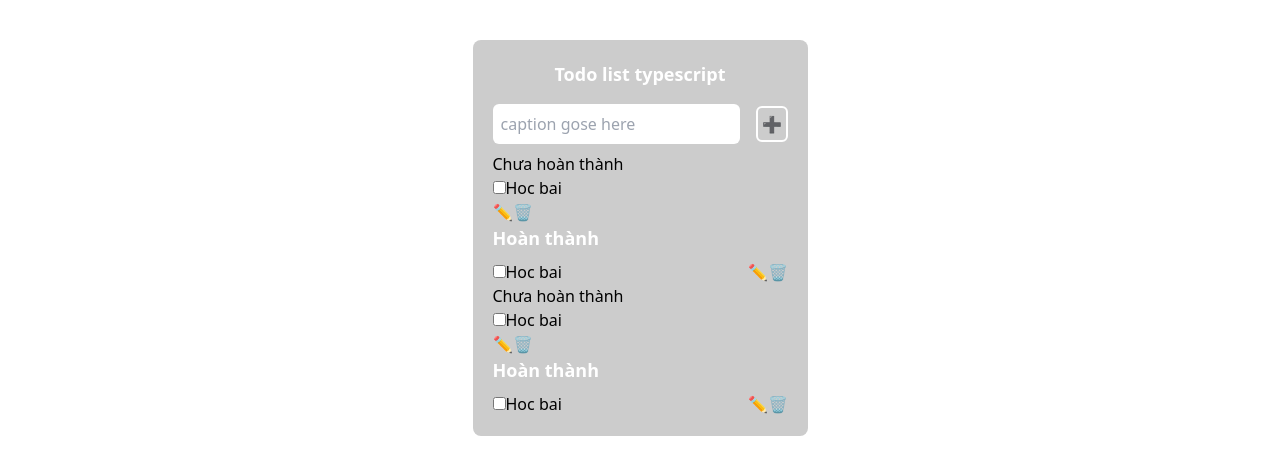
Repository: VIET-TU/react-super-main
Page: / (app in todolist-mybuild/)
An editor plug-in stored every save of this project. The page is shown before and after a run of saves, followed by the edit.
The browser window is 1280 px wide. The pictures show the whole page.
The project was rebuilt for these pictures with package versions that can differ from the ones it lists, and the page was loaded fresh each time. Also part of the build but not shown: todolist-mybuild/vite.config.ts.

Above is the page before, as saved 2023-05-16 07:04:46.

After the next 2 saves:
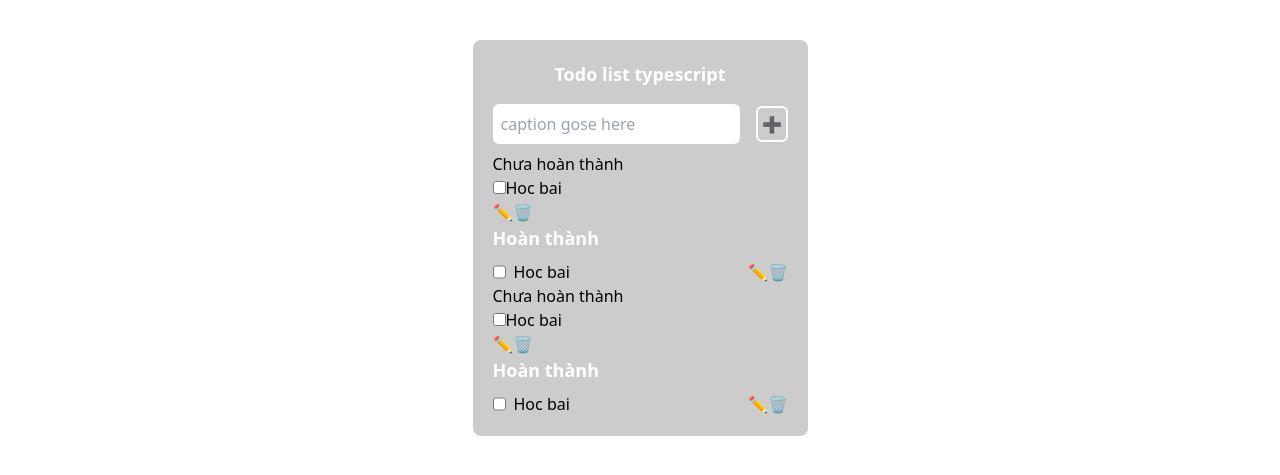
The 2 saves are shown as one change because they came seconds apart.
The last was saved 22 s later.
--- a/todolist-mybuild/src/components/TaskList/TaskList.tsx
+++ b/todolist-mybuild/src/components/TaskList/TaskList.tsx
@@ -20,7 +20,7 @@ const TaskList = () => {
         <h2 className='mb-2 text-lg font-bold text-white text-[20px]'>Hoàn thành</h2>
         <div className='tasks '>
           <div className='flex justify-between task'>
-            <div>
+            <div className='flex gap-2'>
               <input type='checkbox' name='' id=' ' />
               <span>Hoc bai</span>
             </div>
